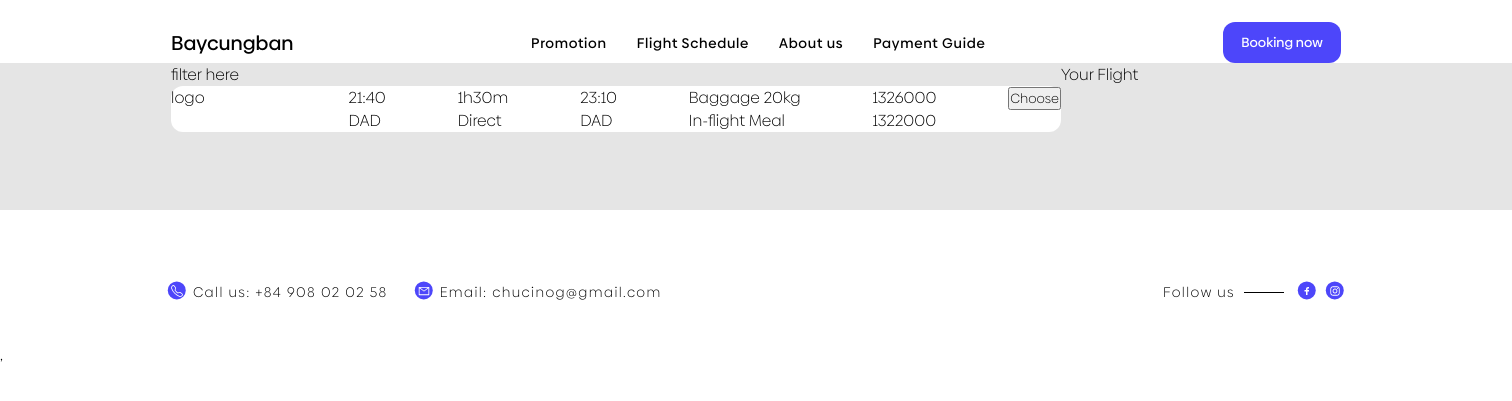
Repository: pinocoding/my-flying
Page: /list (app in my-flying/)
An editor plug-in stored every save of this project. The page is shown before and after the next save, followed by the edit.
The browser window is 1280 px wide. The page is 1512 px wide, so the pictures cover 1512 px, including what lies to the right of the window. The pictures show the whole page.
The project was rebuilt for these pictures with package versions that can differ from the ones it lists, and the page was loaded fresh each time. Also part of the build but not shown: my-flying/src/components/InDecreaBtn/InDecreaBtn.js, my-flying/src/components/TravelBooking/TravelBooking.css, my-flying/src/components/TravelBooking/TravelBooking.js, my-flying/src/components/home/Home.css, my-flying/src/components/home/Home.js. Imported but missing from the stored project, and not drawn on this page: my-flying/src/reportWebVitals.

Above is the page before, as saved 2022-09-09 16:57:24.

After the next save:
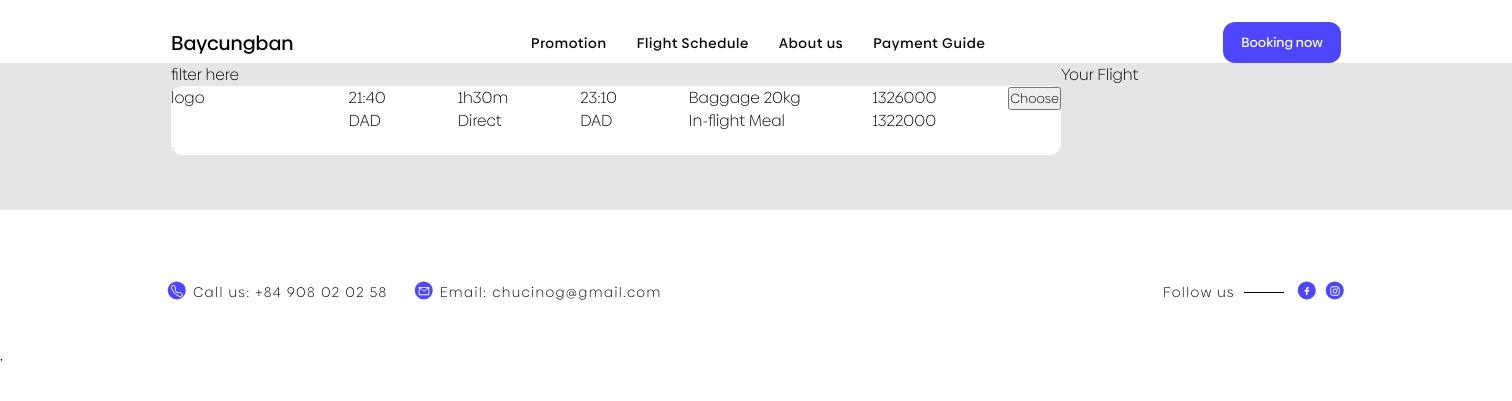
Saved 6 s later.
--- a/my-flying/src/components/FlightsInfor/FlightInfor.js
+++ b/my-flying/src/components/FlightsInfor/FlightInfor.js
@@ -38,7 +38,7 @@
 
 
 
-
+      <button></button>
     </div>
   );
 }

After the save that followed:
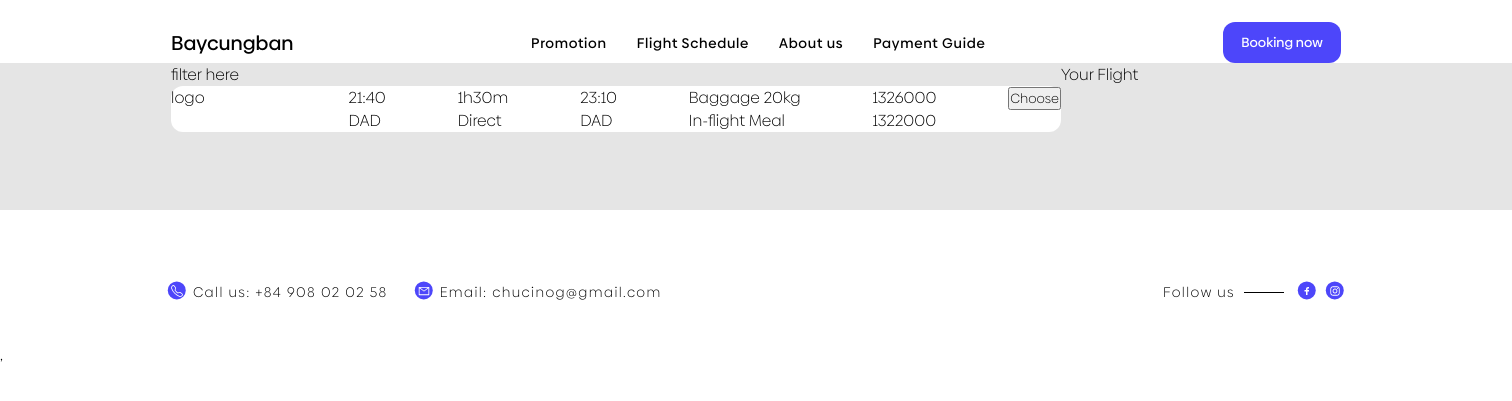
Saved 6 s later.
--- a/my-flying/src/components/FlightsInfor/FlightInfor.js
+++ b/my-flying/src/components/FlightsInfor/FlightInfor.js
@@ -35,10 +35,6 @@
           <button>Choose</button>
         </li>
       </ul>
-
-
-
-      <button></button>
     </div>
   );
 }
